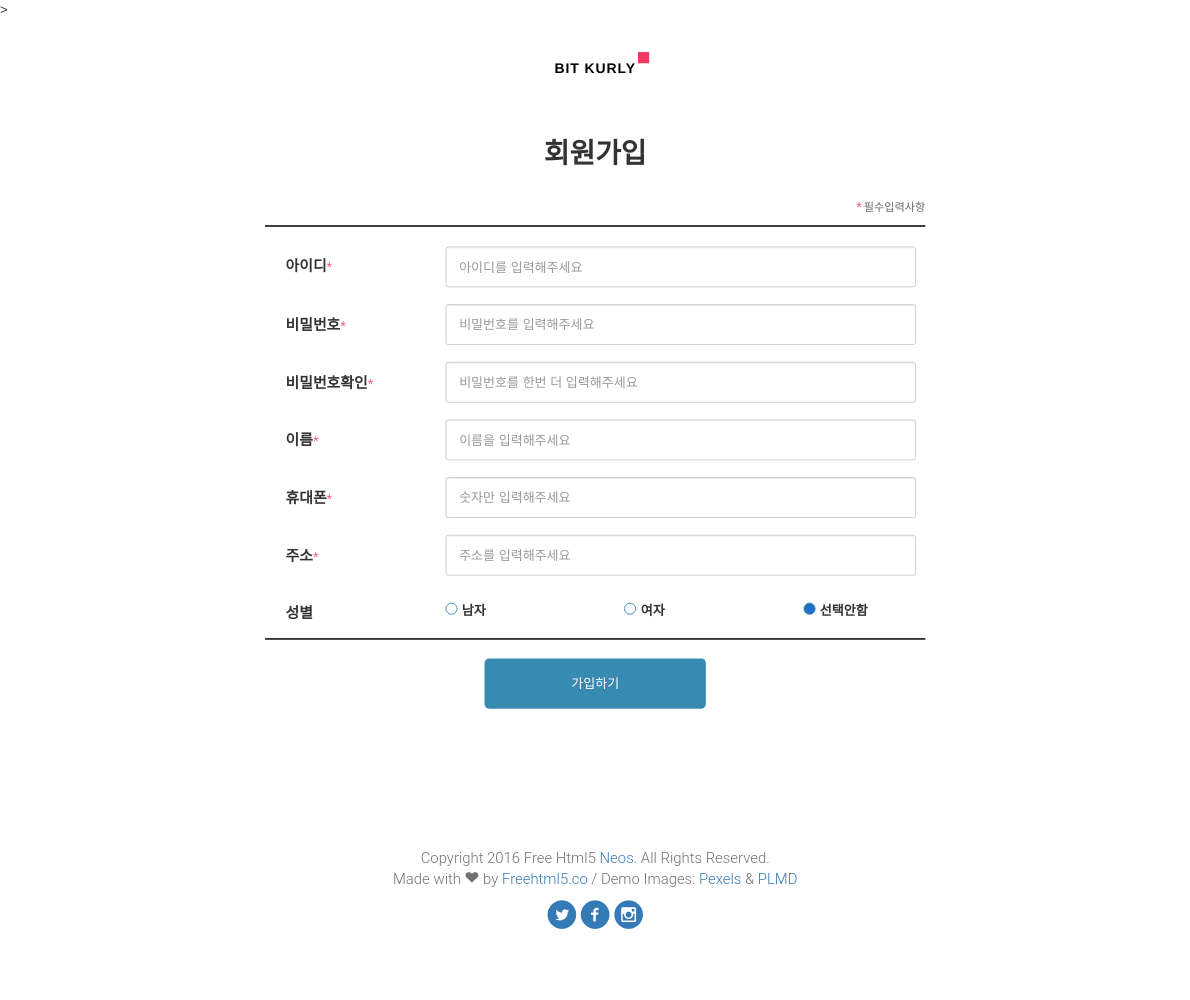
Repository: JungEun-Park/UI_UX_Web_Project
Page: http://localhost/marketKurly_Project/view/join/signUp.jsp
These files come from the project's save history. The page is drawn as it stood at one moment and after the next save; the edit follows.
The browser window is 1280 px wide. The pictures show the whole page, at 93% of full size.
Some web fonts or font styles are not loaded; a fallback is used. Some web libraries are served in a nearby version. The page is served by Tomcat 9. Nobody is signed in. The application's start-up code is not run. Other server files are loaded and not shown.

Above is the page before, as saved 2021-05-10 08:18:33.

### marketKurly_Project/WebContent/view/join/signUp.jsp
<%@ page language="java" contentType="text/html; charset=UTF-8"
    pageEncoding="UTF-8"%>>
<!DOCTYPE html>
<!--[if lt IE 7]>      <html class="no-js lt-ie9 lt-ie8 lt-ie7"> <![endif]-->
<!--[if IE 7]>         <html class="no-js lt-ie9 lt-ie8"> <![endif]-->
<!--[if IE 8]>         <html class="no-js lt-ie9"> <![endif]-->
<!--[if gt IE 8]><!-->
<html class="no-js">
<!--<![endif]-->

<head>
	<meta http-equiv="Content-Type" content="text/html; charset=UTF-8">
	<meta http-equiv="X-UA-Compatible" content="IE=edge">
	<title>회원가입</title>
	<script type="text/javascript" src="https://static.nid.naver.com/js/naverLogin_implicit-1.0.3.js"
		charset="utf-8"></script>
	<script type="text/javascript" src="http://code.jquery.com/jquery-1.11.3.min.js"></script>
	<meta name="viewport" content="width=device-width, initial-scale=1">
	<meta name="description" content="Free HTML5 Template by FREEHTML5.CO" />
	<meta name="keywords" content="free html5, free template, free bootstrap, html5, css3, mobile first, responsive" />
	<meta name="author" content="FREEHTML5.CO" />

	<!--
	//////////////////////////////////////////////////////

	FREE HTML5 TEMPLATE
	DESIGNED & DEVELOPED by FREEHTML5.CO

	Website: 		http://freehtml5.co/
	Email: 			info@freehtml5.co
	Twitter: 		http://twitter.com/fh5co
	Facebook: 		https://www.facebook.com/fh5co

	//////////////////////////////////////////////////////
	 -->

	<!-- Facebook and Twitter integration -->
	<meta property="og:title" content="" />
	<meta property="og:image" content="" />
	<meta property="og:url" content="" />
	<meta property="og:site_name" content="" />
	<meta property="og:description" content="" />
	<meta name="twitter:title" content="" />
	<meta name="twitter:image" content="" />
	<meta name="twitter:url" content="" />
	<meta name="twitter:card" content="" />

	<!-- Place favicon.ico and apple-touch-icon.png in the root directory -->
	<link rel="shortcut icon" href="favicon.ico">

	<!-- <link href='https://fonts.googleapis.com/css?family=Roboto:400,100,300,700' rel='stylesheet' type='text/css'> -->

	<!-- Animate.css -->
	<link rel="stylesheet" href="../assets/css/animate.css">
	<!-- Icomoon Icon Fonts-->
	<link rel="stylesheet" href="../assets/css/icomoon.css">
	<!-- Bootstrap  -->
	<link rel="stylesheet" href="../assets/css/bootstrap.css">

	<link rel="stylesheet" href="../assets/css/style.css">


	<!-- Modernizr JS -->
	<script src="js/modernizr-2.6.2.min.js"></script>
	<!-- FOR IE9 below -->
	<!--[if lt IE 9]>
	<script src="js/respond.min.js"></script>
	<![endif]-->
	<link href="//maxcdn.bootstrapcdn.com/bootstrap/4.0.0/css/bootstrap.min.css" rel="stylesheet" id="bootstrap-css">
	<script src="//maxcdn.bootstrapcdn.com/bootstrap/4.0.0/js/bootstrap.min.js"></script>
	<script src="//cdnjs.cloudflare.com/ajax/libs/jquery/3.2.1/jquery.min.js"></script>
	<!------ Include the above in your HEAD tag ---------->

	<script src="https://cdn.jsdelivr.net/jquery.validation/1.15.1/jquery.validate.min.js"></script>
	<link href="https://fonts.googleapis.com/css?family=Kaushan+Script" rel="stylesheet">
	<link href="https://stackpath.bootstrapcdn.com/font-awesome/4.7.0/css/font-awesome.min.css" rel="stylesheet"
		integrity="sha384-wvfXpqpZZVQGK6TAh5PVlGOfQNHSoD2xbE+QkPxCAFlNEevoEH3Sl0sibVcOQVnN" crossorigin="anonymous">

	<!-- 합쳐지고 최소화된 최신 CSS -->
	<link rel="stylesheet" href="https://maxcdn.bootstrapcdn.com/bootstrap/3.3.2/css/bootstrap.min.css">

	<!-- 부가적인 테마 -->
	<link rel="stylesheet" href="https://maxcdn.bootstrapcdn.com/bootstrap/3.3.2/css/bootstrap-theme.min.css">

	<!-- 합쳐지고 최소화된 최신 자바스크립트 -->
	<script src="https://maxcdn.bootstrapcdn.com/bootstrap/3.3.2/js/bootstrap.min.js"></script>

	<link rel="stylesheet" href="../assets/css/signUp.css">


</head>

<body>
	<header style="padding-bottom: 3px">
		<div class="container text-center">
			<div class="fh5co-navbar-brand">
				<a class="fh5co-logo" href="../index.html" style="font-size: 15px">bit kurly</a>
			</div>
			<!-- <nav id="fh5co-main-nav" role="navigation" style="font-family: sans-serif">
				<ul>
					<li><a href="index.html" class="active">신상품</a></li>
					<li><a href="work.html">베스트</a></li>
					<li><a href="services.html">알뜰쇼핑</a></li>
					<li><a href="about.html">금주혜택</a></li>

				</ul>
			</nav> -->
	</header>

	<div class="container">
		<div class="row">
			<div class="col-sm-12 text-center">
				<div class="col-sm-2"></div>

				<div class="col-sm-8 type_form member_join">
					<div class="field_head">
						<h2 class="tit" style="font-weight: bold;">회원가입</h2>
						<!--추가-->
						<p class="sub"><span class="ico">*</span>필수입력사항</p>
					</div>
					<form action="#" method="post">
						<table class="table table-borderless tbl_comm">
							<tbody>
								<tr class="fst">
									<th>아이디<span class="ico">*<span class="screen_out">필수항목</span></span></th>

									<td>
										<!-- <input type="text" name="m_id" value="" maxlength="16" required=""
											fld_esssential="" option="regId" label="아이디" placeholder="아이디를 입력해주세요"> -->
										<input type="text" maxlength="12" class="form-control" name="id" placeholder="아이디를 입력해주세요">
										<!-- <a class="btn default" href="javascript:chkId()">중복확인</a> -->
									</td>
								</tr>
								<tr>
									<th>비밀번호<span class="ico">*<span class="screen_out">필수항목</span></span></th>
									<td>
										<input type="password" maxlength="12" class="form-control" name="pass1"
											placeholder="비밀번호를 입력해주세요">
										<!-- <input type="password" name="password" required="" fld_esssential="" option="regPass" label="비밀번호"
                maxlength="16" class="reg_pw" placeholder="비밀번호를 입력해주세요"> -->
									</td>
								</tr>

								<tr class="member_pwd">
									<th>비밀번호확인<span class="ico">*<span class="screen_out">필수항목</span></span></th>
									<td>
										<input type="password" maxlength="12" class="form-control" name="pass2" placeholder="비밀번호를 한번 더 입력해주세요">
										<!-- <input type="password" name="password2" required="" fld_esssential="" option="regPass" label="비밀번호"
                maxlength="16" class="confirm_pw" placeholder="비밀번호를 한번 더 입력해주세요"> -->
									</td>
								</tr>

								<tr>
									<th>이름<span class="ico">*<span class="screen_out">필수항목</span></span></th>
									<td>
										<input type="text" class="form-control" name="name" placeholder="이름을 입력해주세요">
										<!-- <input type="text" name="name" value="" required="" fld_esssential="" label="이름" placeholder="이름을 입력해주세요"> -->
									</td>
								</tr>

								<tr>
									<th>휴대폰<span class="ico">*<span class="screen_out">필수항목</span></span></th>
									<td>
										<input type="text" class="form-control" pattern="[0-9]*" name="tel" placeholder="숫자만 입력해주세요">
										<!-- <button id="btn_cert" class="btn default disabled" type="button">인증번호 받기</button> -->
									</td>
								</tr>



								<tr>
									<th>주소<span class="ico">*<span class="screen_out">필수항목</span></span></th>
									<td class="field_address">
										<input type="text" class="form-control" name="address" placeholder="주소를 입력해주세요">
										<!-- <input type="hidden" name="zonecode" id="zonecode" size="5" value="">
										<input type="hidden" name="zipcode[]" id="zipcode0" size="3" value="">
										<input type="hidden" name="zipcode[]" id="zipcode1" size="3" value="">
										<input type="hidden" name="deliPoli" id="deliPoli" size="1" value="">
										<input type="hidden" id="baseAddressType" name="base_address_type" value="">
										<div id="selectAddress">
											<input type="text" class="form-control" name="addr" id="addr" value="" label="주소">
											<input type="hidden" name="address" id="address" value="" required="" readonly="readonly" label="주소">
											<input type="hidden" name="road_address" id="road_address" required="" value="" label="주소">
										</div> -->
										<!-- <a href="#none" id="addressSearch" class="search" onclick="popup('../proc/popup_address.php',530,500)">
											<span id="addressNo" class="address_no" data-text="재검색">주소 검색</span>
										</a> -->
										<!-- <div id="selectAddressSub">
											<input type="text" name="address_sub" id="address_sub" value="" class="byteTotext"
												placeholder="나머지 주소를 입력해주세요">
											<p id="delivery"></p>

										</div>
										<p class="txt_guide">
											<span class="txt txt_case1">배송지에 따라 상품 정보가 달라질 수 있습니다.</span>
										</p> -->
									</td>
									<!--기존 textarea박스-->
									<!-- <td>
										<textarea rows="5" cols="40" name="info" class="form-control" placeholder="주소를 직접 입력해주세요ㅎ"></textarea>
									</td> -->
								</tr>

								<tr class="select_sex">

									<th>성별</th>
									<td class="route">
										<label class="">
											<input type="radio" name="sex" value="m">
											<span class="ico"></span>남자
										</label>
										<label class="">
											<input type="radio" name="sex" value="w">
											<span class="ico"></span>여자
										</label>
										<label class="checked">
											<input type="radio" name="sex" value="n" checked="checked">
											<span class="ico"></span>선택안함
										</label>
									</td>
								</tr>

								<!-- <tr class="route" id="selectRecommend">
									<th>추가입력 사항</th>
									<td>
										<div class="group_radio">
											<span class="radio_wrapper">
												<label>
													<input type="radio" name="recommend" id="recommendId" label="추천인아이디">
													<span class="ico"></span>추천인 아이디
												</label>
											</span>
											<span class="radio_wrapper">
												<label>
													<input type="radio" name="recommend" id="eventName" label="참여이벤트명">
													<span class="ico"></span>참여 이벤트명
												</label>
											</span>
										</div>

									</td>
								</tr> -->

								</tbody>
							</table>
							<input type="submit" class="btn_signup" value="가입하기" style="background-color: #378bb3 ;">
					</form>
				</div>

			</div>
		</div>
	</div>

	<footer>
		<div id="footer" class="fh5co-border-line">
			<div class="container">
				<div class="row">
					<div class="col-md-8 col-md-offset-2 text-center">
						<p>Copyright 2016 Free Html5 <a href="#">Neos</a>. All Rights Reserved. <br>Made with <i
								class="icon-heart3 love"></i> by <a href="http://freehtml5.co/"
								target="_blank">Freehtml5.co</a> / Demo Images: <a href="https://www.pexels.com/"
								target="_blank">Pexels</a> &amp; <a href="http://plmd.me/" target="_blank">PLMD</a> </p>
						<p class="fh5co-social-icons">
							<a href="#"><i class="icon-twitter-with-circle"></i></a>
							<a href="#"><i class="icon-facebook-with-circle"></i></a>
							<a href="#"><i class="icon-instagram-with-circle"></i></a>
						</p>
					</div>
				</div>
			</div>
		</div>
	</footer>

	<!-- jQuery -->
	<script src="../assets/js/jquery.min.js"></script>
	<!-- jQuery Easing -->
	<script src="../assets/js/jquery.easing.1.3.js"></script>
	<!-- Bootstrap -->
	<script src="../assets/js/bootstrap.min.js"></script>
	<!-- Waypoints -->
	<script src="../assets/js/jquery.waypoints.min.js"></script>
	<!-- Owl carousel -->
	<script src="../assets/js/owl.carousel.min.js"></script>
	<!-- Stellar -->
	<script src="../assets/js/jquery.stellar.min.js"></script>

	<!-- Main JS (Do not remove) -->
	<script src="../assets/js/main.js"></script>

</body>

</html>

### marketKurly_Project/WebContent/view/assets/css/signUp.css
/* .member_join {
    width: 640px;
    margin: 0 auto;
} */

/* 별표 sub, ico*/
.screen_out {
    display: block;
    overflow: hidden;
    position: absolute;
    left: -9999px;
    width: 1px;
    height: 1px;
    font-size: 0;
    line-height: 0;
    text-indent: -9999px;
}

.sub {
    padding: 23px 0 10px;
    font-size: 12px;
    color: #666;
    line-height: 17px;
    text-align: right;
    margin-bottom: 0;
}

.member_join th .ico {
    color: #ee6a7b;
}

.member_join .field_head .sub .ico {
    padding-right: 2px;
    color: #ee6a7b;
}

/* 오른쪽 버튼 설정 */
.type_form .btn.default {
    border: 1px solid #378bb3;
    background-color: #fff;
    color: #378bb3;
    width: 80px;
    letter-spacing: 0;
}

.member_join .btn {
    display: inline-block;
    width: 120px;
    margin-left: 5px;
    vertical-align: top;
}

/* .type_form .btn {
    display: block;
    width: 100%;
    height: 44px;
    border: 0;
    border-radius: 3px;
    font-weight: 700;
    font-size: 14px;
    line-height: 40px;
    text-align: center;
    outline: none;
} */


/* 테이블 */
table {
    display: table;
    border-collapse: separate;
    box-sizing: border-box;
    text-indent: initial;
    border-spacing: 2px;
}

.table-borderless > tbody > tr > th,
.table-borderless > tbody > tr > td,
.table-borderless > thead > tr > td,
.table-borderless > thead > tr > th {
    border: none;
}

.table-borderless > tbody > tr > th{
    padding: 20px 0 0 20px;
}

.member_join td {
    padding: 10px 0;
    border-top: 0;
    font-size: 14px;
    vertical-align: top;
    text-align: left;
}

.member_join .tbl_comm .fst td {
    padding-top: 19px;
}

.member_join .tbl_comm .fst th {
    padding-top: 29px;
}

.member_join .tbl_comm {
    width: 100%;
    border-top: 2px solid #333;
    border-bottom: 2px solid #333;

}

/* .member_join th {
    width: 159px;
    padding: 20px 0 0 20px;
    font-weight: 700;
    font-size: 14px;
    color: #333;
    line-height: 20px;
    vertical-align: top;
    text-align: left;
} */

/* input 박스 크기*/
.member_join input[type=text],
.member_join input[type=password] {
    /* width: 332px; */
    width: 100%;
}

.type_form textarea,
.type_form input[type=text],
.type_form input[type=password] {
    height: 44px;
    padding: 0 14px;
    border: 1px solid #ccc;
    font-size: 14px;
    color: #333;
    line-height: 20px;
    border-radius: 3px;
    background: #fff;
    outline: none;
    vertical-align: top;
}


/* 주소 검색박스 크기*/
.member_join #addressSearch {
    display: block;
    overflow: hidden;
    width: 100%;
    /* width: 332px; */
    height: 44px;
    border: 1px solid #1f6fc4;
    border-radius: 3px;
    text-align: center;
}

.member_join #addressNo {
    display: inline-block;
    height: 100%;
    margin-left: -14px;
    padding-left: 24px;
    font-weight: 700;
    font-size: 14px;
    color: #378bb3;
    line-height: 40px;
    background: url(https://res.kurly.com/pc/service/common/2006/ico_search.svg) no-repeat 0 50%;
    background-size: 25px 24px;
    vertical-align: top;
}
i.fa-search{
    color:black;
}

/* 라디오 박스 위치*/
.member_join .select_sex .route{
    display:flex;
    justify-content: space-between;
    padding-top:15px;
}

.member_join .select_sex label {
    display: inline-block;
    padding: 0 52px 10px 0;
    margin-bottom: 0;
    /* vertical-align: top; */
}
.member_join .route .radio_wrapper {
    padding-right: 75px;
    display: inline-flex;
    align-items: center;
    margin-bottom: 10px;
    margin-top: 10px;
"
}

/* 라디오 버튼 custom*/
input[type='radio'],
input[type='radio']:checked {
    appearance: none;
    width: 1.3rem;
    height: 1.3rem;
    border-radius: 100%;
    margin-right: 0.1rem;
}

input[type='radio'] {
    background-color: white;
    border: 1px solid #378bb3 ;
}
input[type='radio']:checked {
    background-color: #1f6fc4  ;
}

/* 라디오 버튼 옆 글자 */
span {
    font-size: 14px;
    color: black;
    font-weight: normal;
}

/* form과 footer간격 띄우기 */
form{
    margin-bottom: 150px;
}

/* 가입하기 버튼 */
.member_join .btn_signup{
    width:238px;
    height:54px;
    color:#fff;
    border-radius: 5px;
    border:none;

}

Loaded but not shown: marketKurly_Project/WebContent/view/assets/css/animate.css (library); marketKurly_Project/WebContent/view/assets/css/icomoon.css (common file); marketKurly_Project/WebContent/view/assets/css/bootstrap.css (library); marketKurly_Project/WebContent/view/assets/js/jquery.min.js (library); marketKurly_Project/WebContent/view/assets/js/jquery.easing.1.3.js (library); marketKurly_Project/WebContent/view/assets/js/bootstrap.min.js (library); marketKurly_Project/WebContent/view/assets/js/jquery.waypoints.min.js (library); marketKurly_Project/WebContent/view/assets/js/owl.carousel.min.js (library); marketKurly_Project/WebContent/view/assets/js/jquery.stellar.min.js (library); marketKurly_Project/WebContent/view/assets/js/modernizr-2.6.2.min.js (library); marketKurly_Project/WebContent/view/assets/js/main.js (142 lines, source omitted); marketKurly_Project/WebContent/view/assets/css/style.css (888 lines, source omitted)

After the next save:
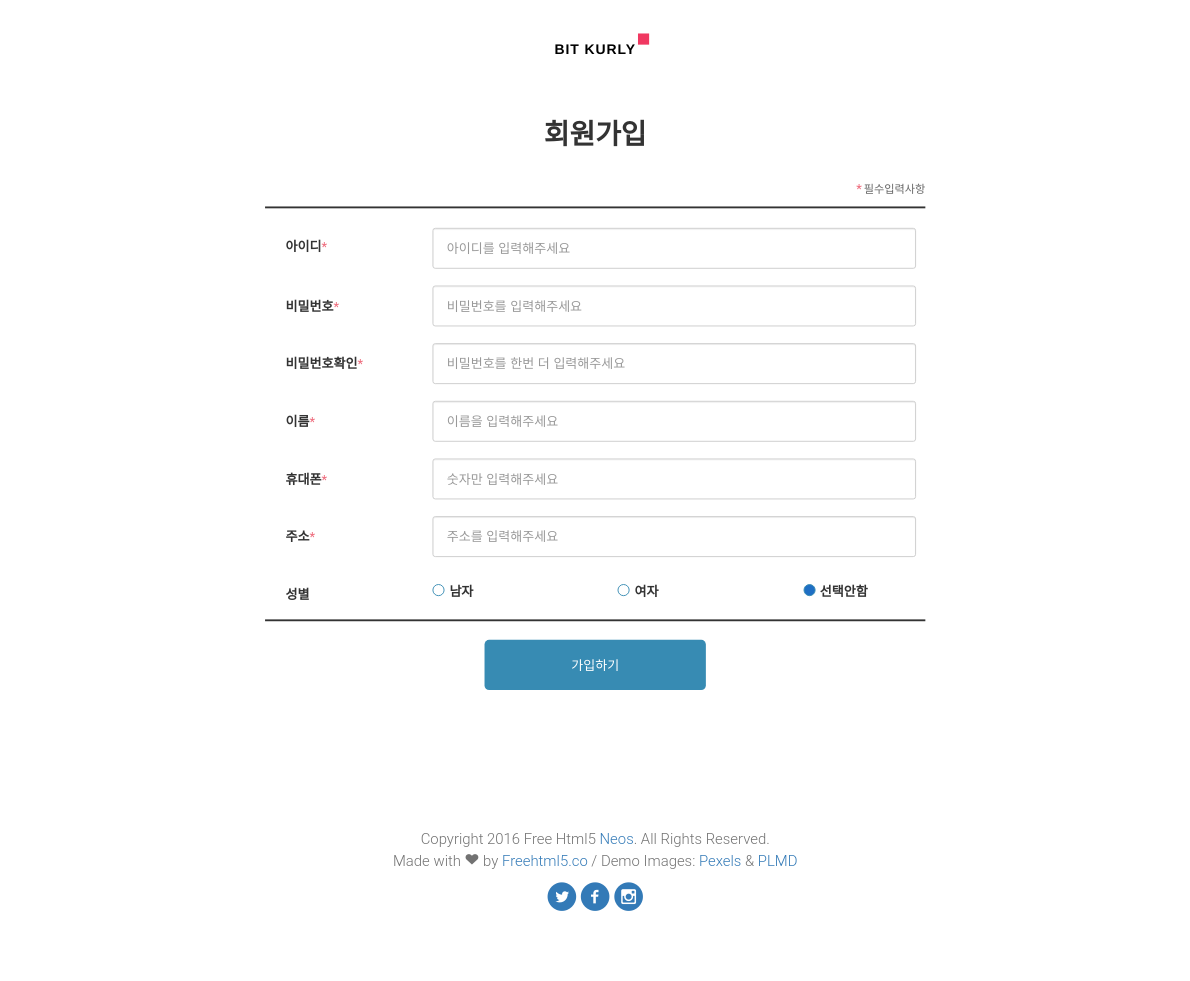
Saved 52 s later.
--- a/marketKurly_Project/WebContent/view/join/signUp.jsp
+++ b/marketKurly_Project/WebContent/view/join/signUp.jsp
@@ -1,5 +1,5 @@
 <%@ page language="java" contentType="text/html; charset=UTF-8"
-    pageEncoding="UTF-8"%>>
+    pageEncoding="UTF-8"%>
 <!DOCTYPE html>
 <!--[if lt IE 7]>      <html class="no-js lt-ie9 lt-ie8 lt-ie7"> <![endif]-->
 <!--[if IE 7]>         <html class="no-js lt-ie9 lt-ie8"> <![endif]-->
